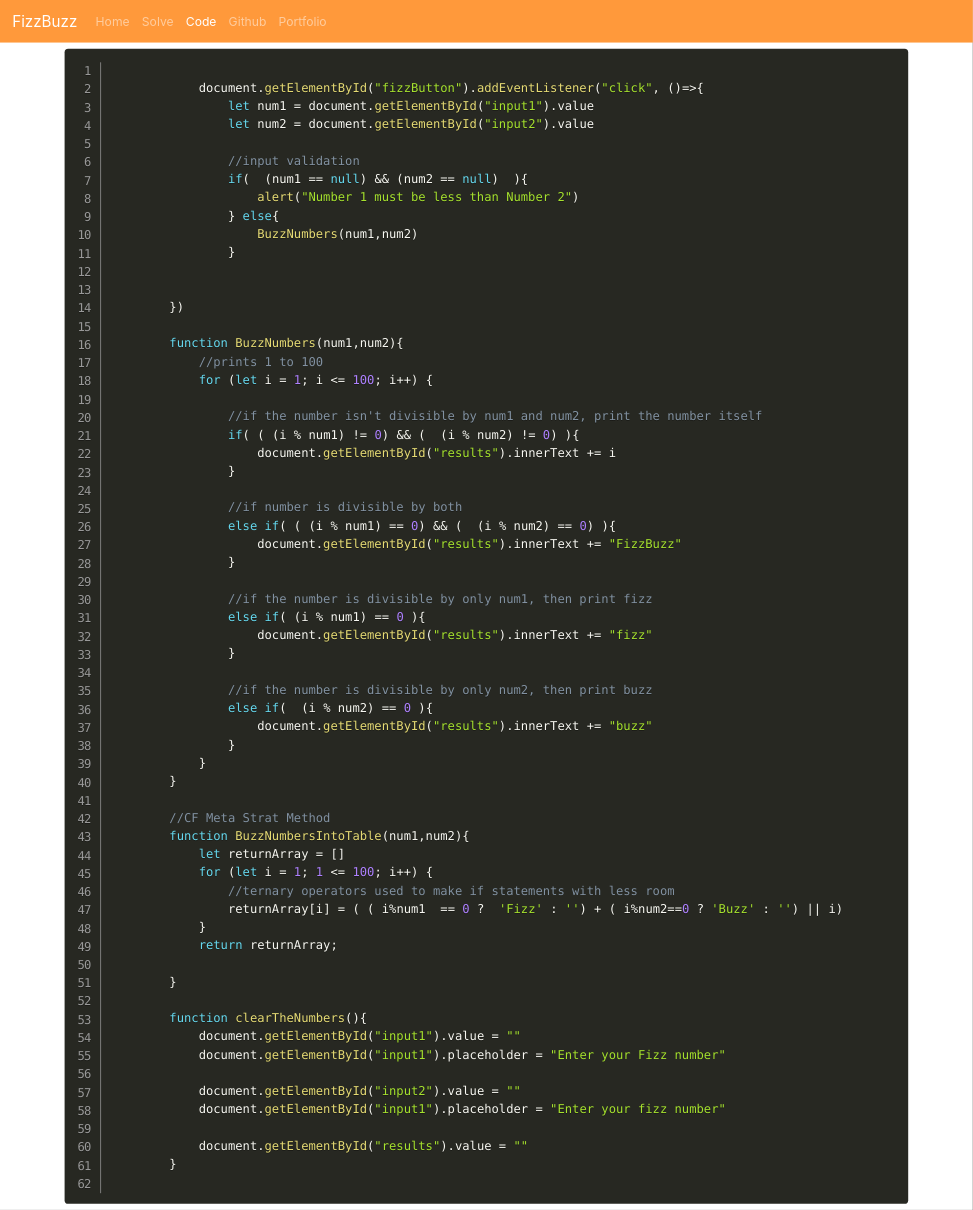
Repository: zhadjah9559/FizzBuzz
Page: code.html
The author's editor kept a copy of each file at every save. The page is drawn from the files as they stood at one save, then again after the next save.
The browser window is 1280 px wide. The pictures show the whole page, at 76% of full size.

Above is the page before, as saved 2021-01-12 15:35:12.

After the next save:
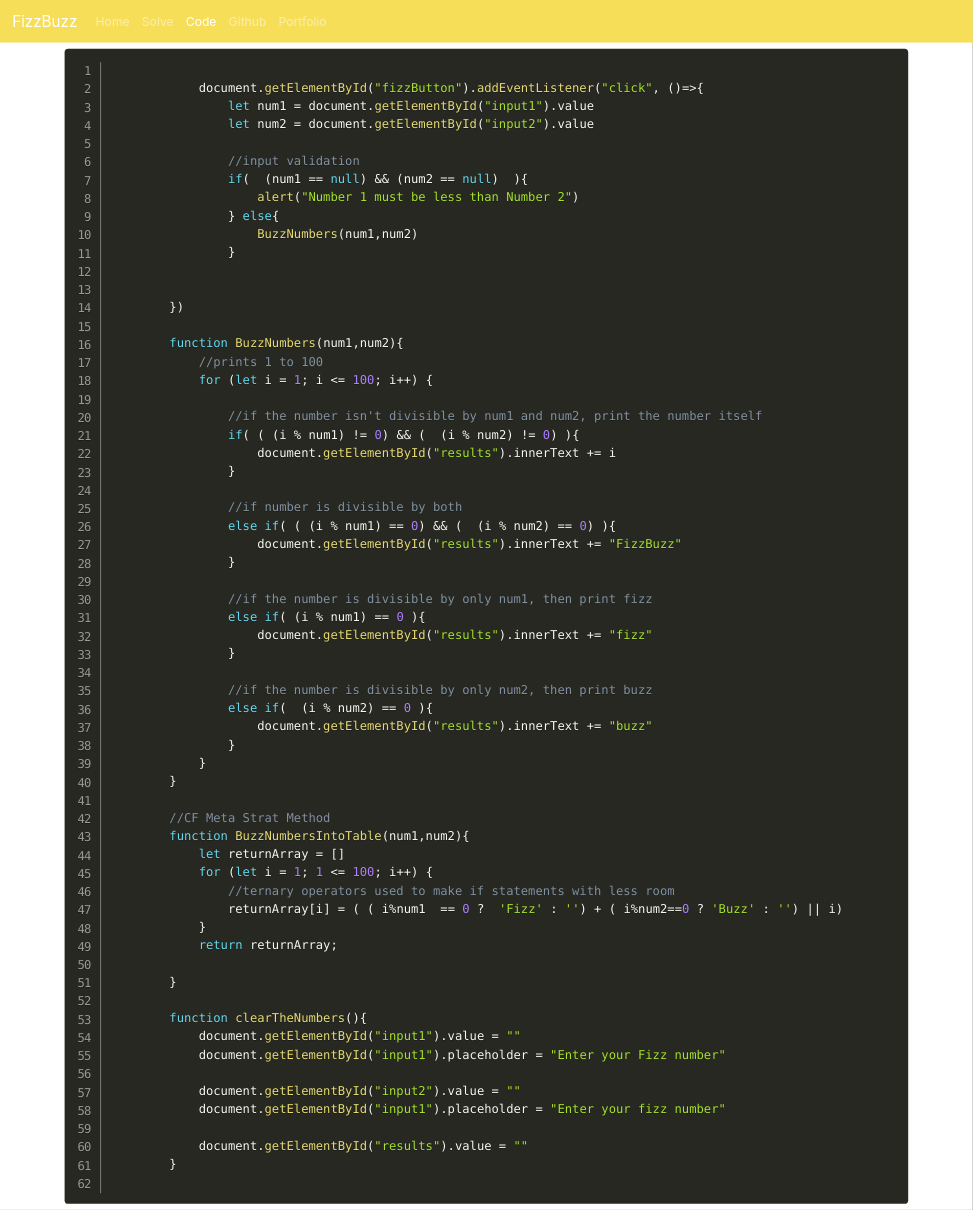
Saved 2 min 32 s later.
--- a/code.html
+++ b/code.html
@@ -14,7 +14,7 @@
 </head>
   <body>
 
-    <nav class="navbar navbar-expand-sm navbar-dark" style="background-color: #ff993b;">
+    <nav class="navbar navbar-expand-sm navbar-dark" style="background-color: #F7DE58;">
         <a class="navbar-brand" href="#">FizzBuzz</a>
         <button class="navbar-toggler d-lg-none" type="button" data-toggle="collapse" data-target="#collapsibleNavId" aria-controls="collapsibleNavId"
             aria-expanded="false" aria-label="Toggle navigation"></button>
